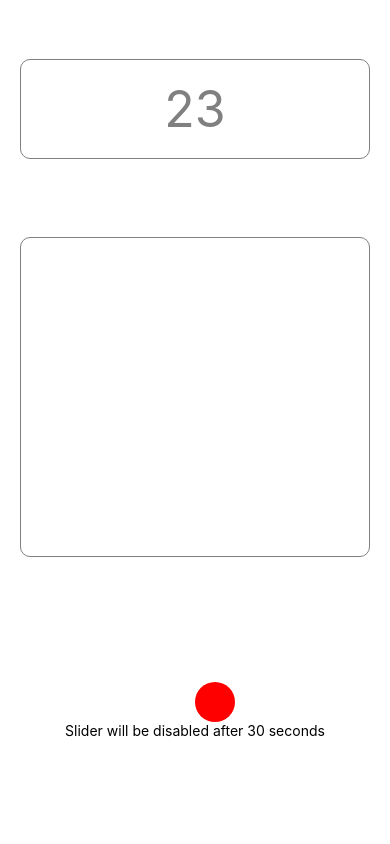
Repository: sonnke/imageResizer
Screen: /
These files come from the project's save history. The screen is drawn as it stood at one moment and after the next save; the edit follows.
Pictures or frames that could not be fetched are drawn as grey boxes. The app was drawn by React Native's web renderer in a window 390 px wide. The project was rebuilt for these pictures with package versions that can differ from the ones it lists, and the page was loaded fresh each time.

Above is the screen before, as saved 2020-02-02 23:04:21.

After the next save:
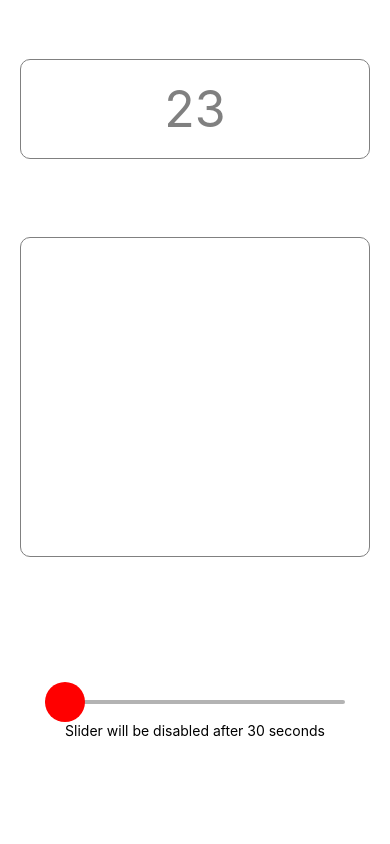
Saved 18 s later.
--- a/src/components/MainScreen.tsx
+++ b/src/components/MainScreen.tsx
@@ -92,7 +92,7 @@ const MainScreen: React.FunctionComponent<OwnProps> = ({
           animateTransitions={true}
           minimumTrackTintColor={"#808080"}
           trackStyle={{
-            width: "100%"
+            width: 300
           }}
           thumbStyle={{
             backgroundColor: toggleSlider ? "#808080" : "red"
